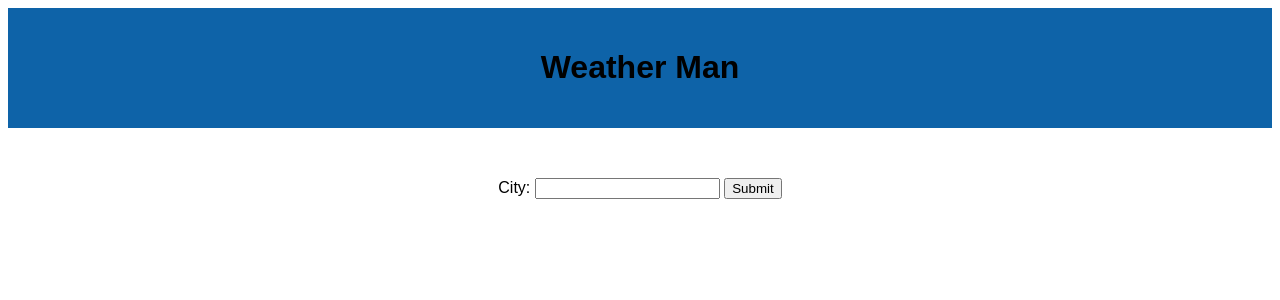
Repository: zackaroo20/Web-Assignment4-API
Page: index.html
The author's editor kept a copy of each file at every save. The page is drawn from the files as they stood at one save, then again after the next save.
The browser window is 1280 px wide. The pictures show the whole page.

Above is the page before, as saved 2026-11-14 19:17:14.

### index.html
<!DOCTYPE html>
<html lang="en">
<head>
    <meta charset="UTF-8">
    <meta name="viewport" content="width=device-width, initial-scale=1.0">
    <link rel="stylesheet" href="fancy.css">
    <title>Document</title>
</head>
<header>
 <h1>Weather Man</h1>
 </header>


<body>


    <form target="_self" method="post" id="userForm">

        <label for="city">City:</label>
        <input type="text" name="city"/>
        <input type="submit">
    </form>



    <script src="Brains.js"></script>

</body>
</html>

### fancy.css

header {
  background-color: #0e63a8;
  padding: 20px;
  text-align: center;
  margin-bottom: 50px;
}
body {
  font-family: Arial, sans-serif;
  padding: 20;
  text-align: center;
}

### Brains.js
"use strict";

function handleSubmit(event) {


    const city = event.target.city.value;
    if (city === ""){
        alert("city mustn't be empty");
         event.preventDefault();
    }

}
const form = document.getElementsByTagName('form')[0];
form.addEventListener("submit", handleSubmit);

After the next save:
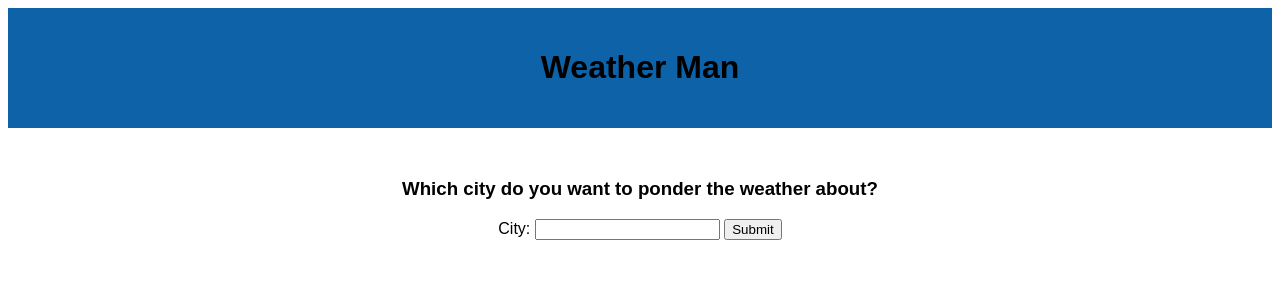
Saved 89 s later.
--- a/index.html
+++ b/index.html
@@ -12,7 +12,7 @@
 
 
 <body>
-
+    <h3>Which city do you want to ponder the weather about?</h3>
 
     <form target="_self" method="post" id="userForm">
 
